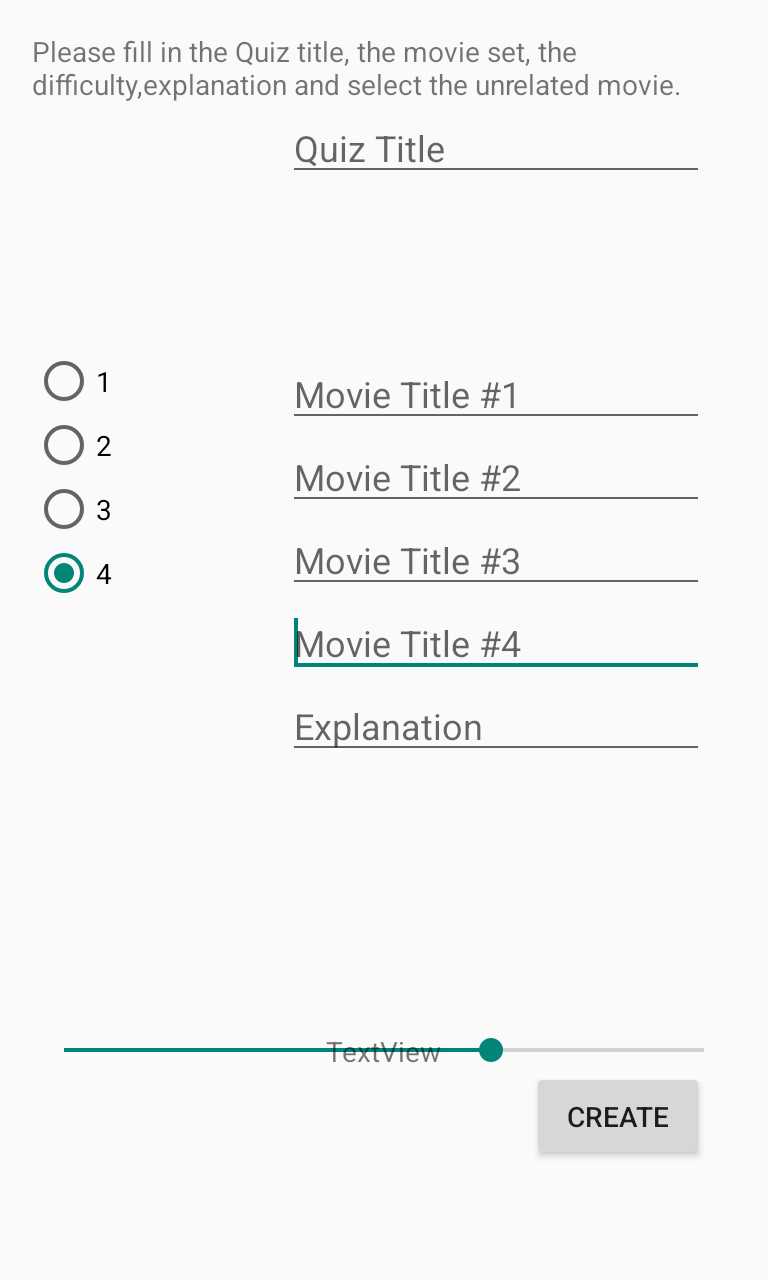
Repository: quantumlicht/android-capstone
Layout: capstone_client/res/layout/activity_create_quiz.xml
The author's editor kept a copy of each file at every save. The layout is drawn from the files as they stood at one save, then again after the next save.
It is drawn on a 768 x 1280 px phone screen (xhdpi) without system bars, with theme AppTheme; the app's code is not run.

Above is the layout before, as saved 2014-11-14 02:42:01.

### capstone_client/res/layout/activity_create_quiz.xml
<RelativeLayout xmlns:android="http://schemas.android.com/apk/res/android"
    xmlns:tools="http://schemas.android.com/tools"
    android:layout_width="match_parent"
    android:layout_height="match_parent"
    android:layout_centerHorizontal="true"
    android:gravity="start"
    android:paddingBottom="@dimen/activity_vertical_margin"
    android:paddingLeft="@dimen/activity_horizontal_margin"
    android:paddingRight="@dimen/activity_horizontal_margin"
    android:paddingTop="@dimen/activity_vertical_margin"
    tools:context="guay.philippe.capstone.CreateQuizActivity" >

    <TextView
        android:id="@+id/textView1"
        android:layout_width="wrap_content"
        android:layout_height="wrap_content"
        android:text="Please fill in the Quiz title, the movie set, the difficulty,explanation and select the unrelated movie." />

    <Button
        android:id="@+id/submit_create"
        android:layout_width="wrap_content"
        android:layout_height="wrap_content"
        android:layout_alignParentBottom="true"
        android:layout_alignRight="@+id/explanation"
        android:layout_marginBottom="42dp"
        android:text="Create" />

    <EditText
        android:id="@+id/movie4"
        android:layout_width="wrap_content"
        android:layout_height="wrap_content"
        android:layout_alignLeft="@+id/movie3"
        android:layout_centerVertical="true"
        android:ems="10"
        android:hint="Movie Title #4" >

        <requestFocus />
    </EditText>

    <EditText
        android:id="@+id/movie3"
        android:layout_width="wrap_content"
        android:layout_height="wrap_content"
        android:layout_above="@+id/movie4"
        android:layout_alignLeft="@+id/movie2"
        android:ems="10"
        android:hint="Movie Title #3" />

    <EditText
        android:id="@+id/movie2"
        android:layout_width="wrap_content"
        android:layout_height="wrap_content"
        android:layout_above="@+id/movie3"
        android:layout_alignRight="@+id/textView1"
        android:layout_marginRight="15dp"
        android:ems="10"
        android:hint="Movie Title #2" />

    <EditText
        android:id="@+id/movie1"
        android:layout_width="wrap_content"
        android:layout_height="wrap_content"
        android:layout_above="@+id/movie2"
        android:layout_alignLeft="@+id/movie2"
        android:ems="10"
        android:hint="Movie Title #1" />

    <EditText
        android:id="@+id/quiz_title"
        android:layout_width="wrap_content"
        android:layout_height="wrap_content"
        android:layout_alignLeft="@+id/movie1"
        android:layout_below="@+id/textView1"
        android:ems="10"
        android:hint="Quiz Title" />

    <RadioGroup
        android:id="@+id/unrelated_movie"
        android:layout_width="wrap_content"
        android:layout_height="wrap_content"
        android:layout_alignLeft="@+id/difficulty"
        android:layout_alignTop="@+id/movie1"
        android:gravity="clip_vertical"
        android:orientation="vertical" >

        <RadioButton
            android:id="@+id/radio1"
            android:layout_width="wrap_content"
            android:layout_height="wrap_content"
            android:text="1" />

        <RadioButton
            android:id="@+id/radio2"
            android:layout_width="wrap_content"
            android:layout_height="wrap_content"
            android:text="2" />

        <RadioButton
            android:id="@+id/radio3"
            android:layout_width="wrap_content"
            android:layout_height="wrap_content"
            android:checked="true"
            android:text="3" />

        <RadioButton
            android:id="@+id/radio4"
            android:layout_width="wrap_content"
            android:layout_height="wrap_content"
            android:checked="true"
            android:text="4" />
    </RadioGroup>

    <SeekBar
        android:id="@+id/difficulty"
        android:layout_width="match_parent"
        android:layout_height="wrap_content"
        android:layout_above="@+id/submit_create"
        android:layout_alignLeft="@+id/textView1"
        android:contentDescription="Difficulty"
        android:max="3"
        android:progress="2" />

    <EditText
        android:id="@+id/explanation"
        android:layout_width="wrap_content"
        android:layout_height="wrap_content"
        android:layout_alignLeft="@+id/movie4"
        android:layout_below="@+id/movie4"
        android:ems="10"
        android:hint="Explanation" />

    <TextView
        android:id="@+id/seekBarValue"
        android:layout_width="wrap_content"
        android:layout_height="wrap_content"
        android:layout_alignTop="@+id/difficulty"
        android:layout_centerHorizontal="true"
        android:text="TextView" />

</RelativeLayout>

### capstone_client/res/values/styles.xml
<resources>

    <!--
        Base application theme, dependent on API level. This theme is replaced
        by AppBaseTheme from res/values-vXX/styles.xml on newer devices.
    -->
    <style name="AppBaseTheme" parent="Theme.AppCompat.Light">
        <!--
            Theme customizations available in newer API levels can go in
            res/values-vXX/styles.xml, while customizations related to
            backward-compatibility can go here.
        -->
    </style>

    <!-- Application theme. -->
    <style name="AppTheme" parent="AppBaseTheme">
        <!-- All customizations that are NOT specific to a particular API-level can go here. -->
    </style>

    <declare-styleable name="FragmentArguments">
    	<attr name="android:label" />
	</declare-styleable>

</resources>

Loaded but not shown: capstone_client/res/values-v11/styles.xml (common file); capstone_client/res/values-v14/styles.xml (common file); capstone_client/res/values/dimens.xml (common file); capstone_client/res/values-w820dp/dimens.xml (common file)

After the next save:
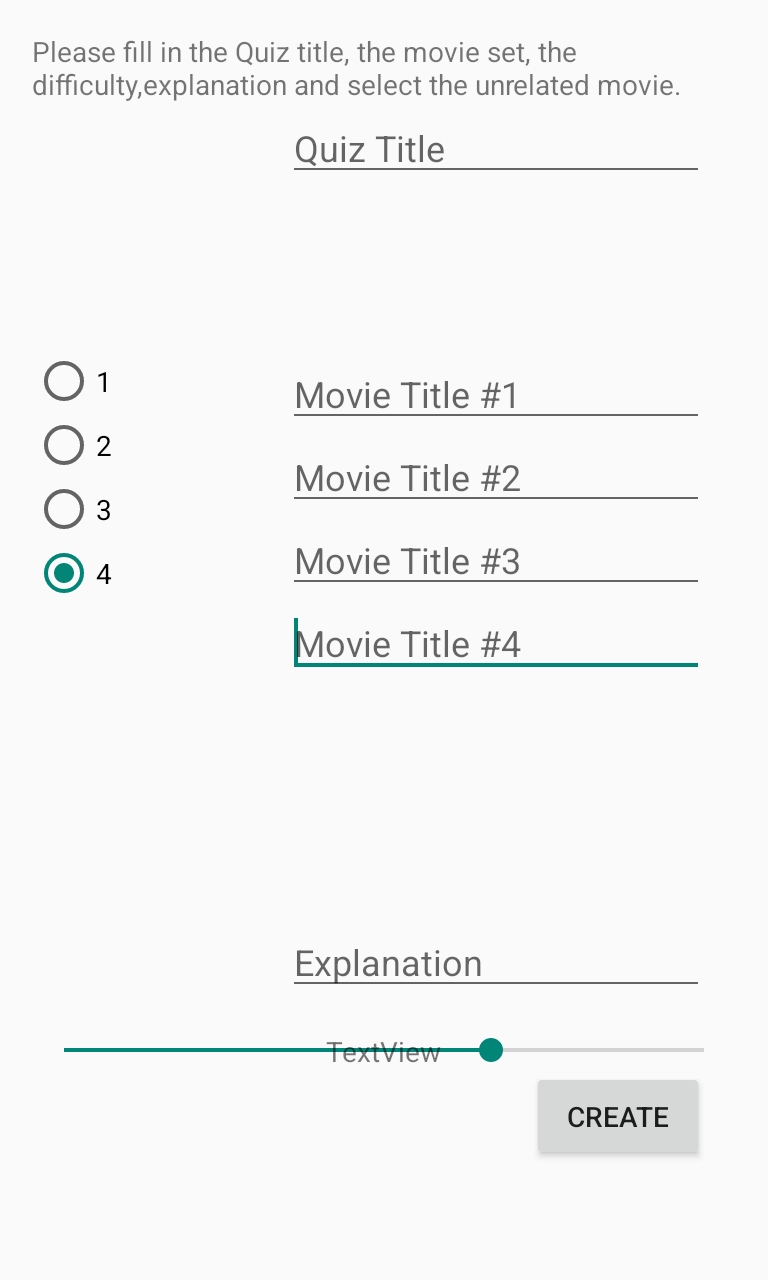
Saved 49 s later.
--- a/capstone_client/res/layout/activity_create_quiz.xml
+++ b/capstone_client/res/layout/activity_create_quiz.xml
@@ -57,15 +57,6 @@
         android:hint="Movie Title #2" />
 
     <EditText
-        android:id="@+id/movie1"
-        android:layout_width="wrap_content"
-        android:layout_height="wrap_content"
-        android:layout_above="@+id/movie2"
-        android:layout_alignLeft="@+id/movie2"
-        android:ems="10"
-        android:hint="Movie Title #1" />
-
-    <EditText
         android:id="@+id/quiz_title"
         android:layout_width="wrap_content"
         android:layout_height="wrap_content"
@@ -120,15 +111,6 @@
         android:max="3"
         android:progress="2" />
 
-    <EditText
-        android:id="@+id/explanation"
-        android:layout_width="wrap_content"
-        android:layout_height="wrap_content"
-        android:layout_alignLeft="@+id/movie4"
-        android:layout_below="@+id/movie4"
-        android:ems="10"
-        android:hint="Explanation" />
-
     <TextView
         android:id="@+id/seekBarValue"
         android:layout_width="wrap_content"
@@ -137,4 +119,23 @@
         android:layout_centerHorizontal="true"
         android:text="TextView" />
 
+    <EditText
+        android:id="@+id/explanation"
+        android:layout_width="wrap_content"
+        android:layout_height="wrap_content"
+        android:layout_above="@+id/difficulty"
+        android:layout_alignLeft="@+id/movie4"
+        android:layout_marginBottom="16dp"
+        android:ems="10"
+        android:hint="Explanation" />
+
+    <EditText
+        android:id="@+id/movie1"
+        android:layout_width="wrap_content"
+        android:layout_height="wrap_content"
+        android:layout_above="@+id/movie2"
+        android:layout_alignLeft="@+id/movie2"
+        android:ems="10"
+        android:hint="Movie Title #1" />
+
 </RelativeLayout>
